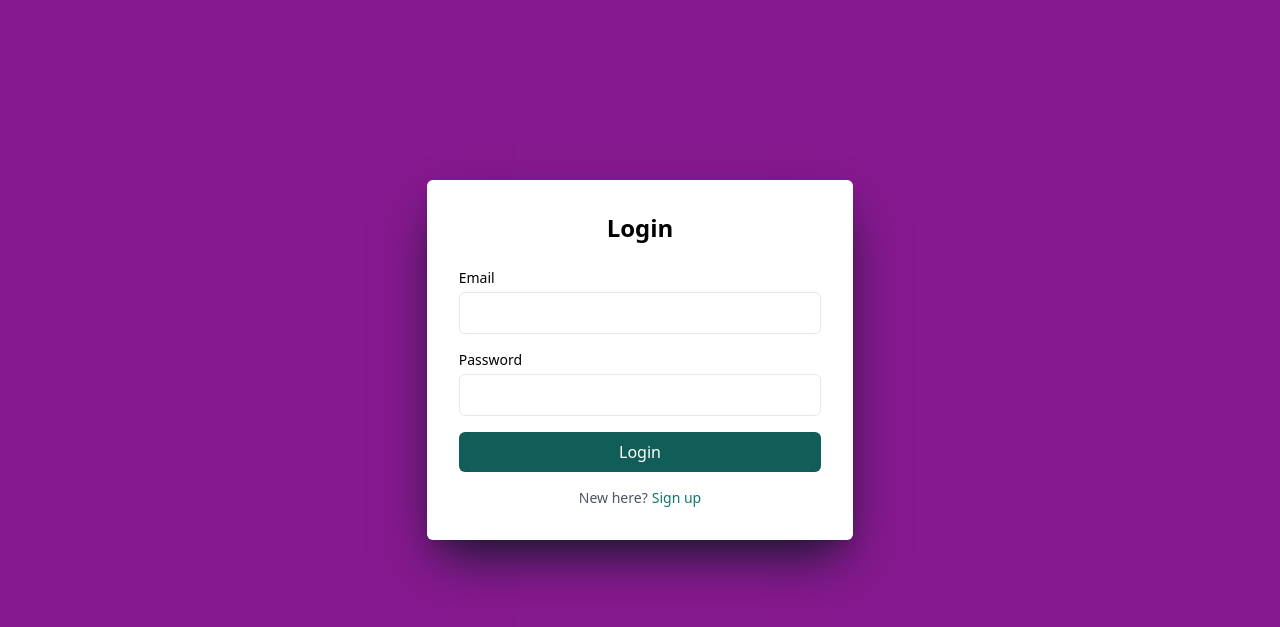
Repository: alizey12/POS-React-website
Page: /
The author's editor kept a copy of each file at every save. The page is drawn from the files as they stood at one save, then again after the next save.
The browser window is 1280 px wide. The pictures show the whole page.
The project was rebuilt for these pictures with package versions that can differ from the ones it lists, and the page was loaded fresh each time. Also part of the build but not shown: vite.config.js, src/navbar.jsx, src/sidebar.jsx, src/Dashboard.jsx.

Above is the page before, as saved 2024-12-31 15:38:42.

After the next save:
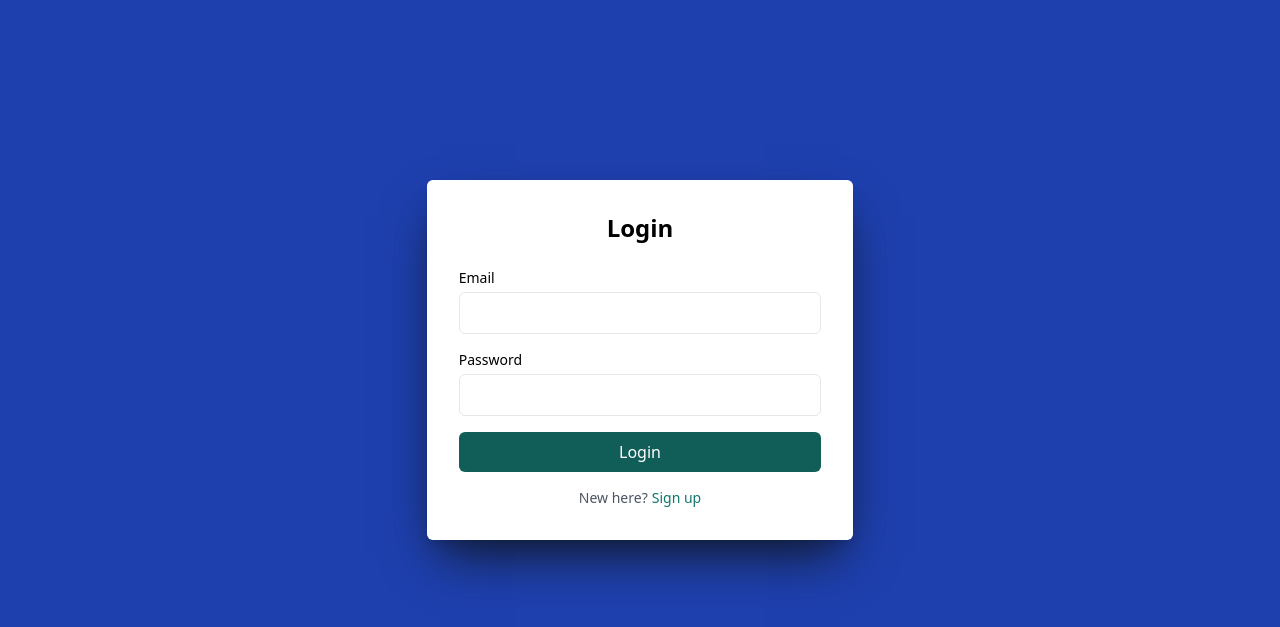
Saved 8 s later.
--- a/src/login.jsx
+++ b/src/login.jsx
@@ -53,7 +53,7 @@ const SignupLogin = () => {
   };
 
   return (
-    <div className="flex items-center justify-center min-h-screen  bg-fuchsia-800 to-yellow-500">
+    <div className="flex items-center justify-center min-h-screen  bg-blue-800 to-yellow-500">
       <div className=" bg-white w-1/3 shadow-lg rounded-lg">
 
         <div className="w-full bg-white rounded-md shadow-gray-900 shadow-2xl p-8 justify-center">
